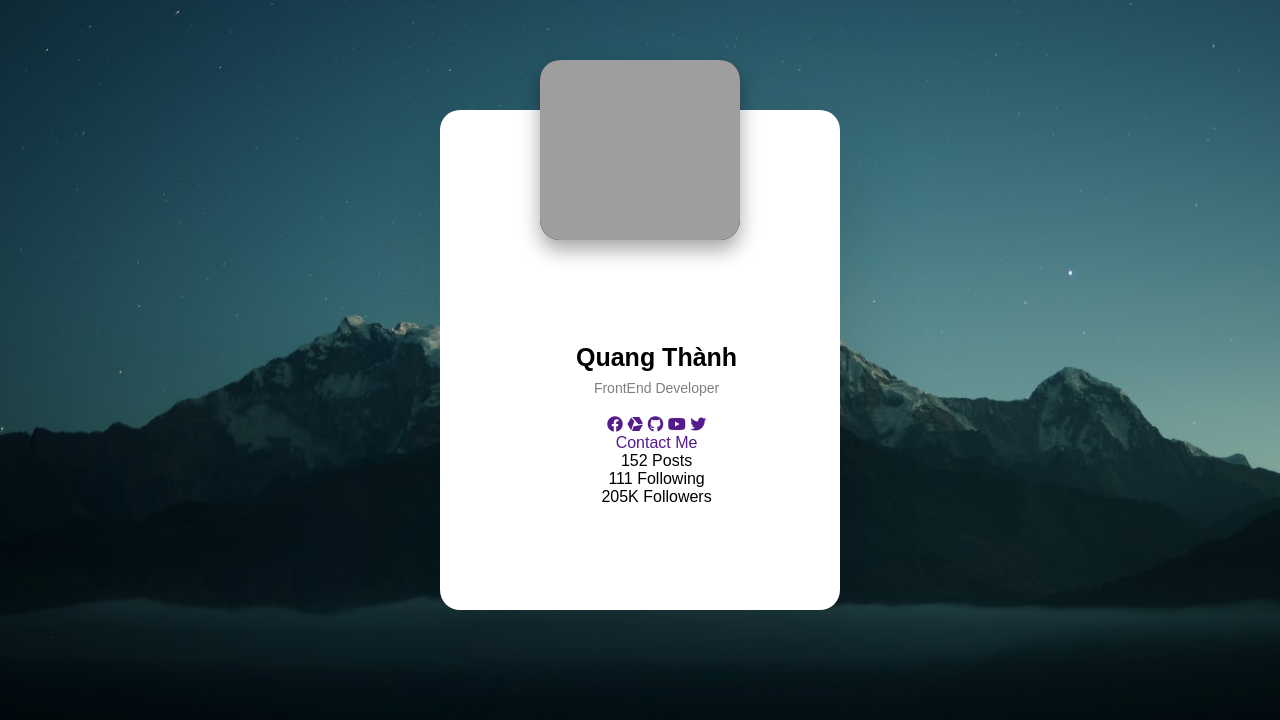
Repository: QuangThanh152/Profile-me
Page: index.html
An editor plug-in stored every save of this project. The page is shown before and after the next save, followed by the edit.
The browser window is 1280 px wide. The pictures show the whole page.
Pictures or frames that could not be fetched are drawn as grey boxes.

Above is the page before, as saved 2022-10-07 15:19:01.

### index.html
<!DOCTYPE html>
<html lang="en">
<head>
    <meta charset="UTF-8">
    <meta http-equiv="X-UA-Compatible" content="IE=edge">
    <meta name="viewport" content="width=device-width, initial-scale=1.0">
    <link rel="stylesheet" href="./accets/font/fontawesome-free-6.1.2-web/css/all.min.css">
    <link rel="stylesheet" href="./accets/main.css">
    <title>Profile-QT</title>
</head>
<body>
    <div class="card">
        <div class="card-header">
            <img src="./accets/img/IMG_20220202_135645.jpg" alt="" class="img-me">
        </div>
        <div class="content">
            <div class="name">Quang Thành</div>
            <div class="desc">FrontEnd Developer</div>
            <div class="SocialNetwork">
                <a href="" class="icon"><i class="fa-brands fa-facebook"></i></a>
                <a href="" class="icon"><i class="fa-brands fa-instalod"></i></i></a>
                <a href="" class="icon"><i class="fa-brands fa-github"></i></i></a>
                <a href="" class="icon"><i class="fa-brands fa-youtube"></i></i></a>
                <a href="" class="icon"><i class="fa-brands fa-twitter"></i></i></a>
            </div>
            <a href="" class="btn-contact">Contact Me</a>
            <div class="card-footer">
                <div class="number">
                    <div class="item">
                        <span>152</span>
                        Posts
                    </div>
                </div>
                <div class="number">
                    <div class="item">
                        <span>111</span>
                        Following
                    </div>
                </div>
                <div class="number">
                    <div class="item">
                        <span>205K</span>
                        Followers
                    </div>
                </div>
            </div>
        </div>
    </div>
</body>
</html>

### accets/main.css
* {
    padding: 0;
    margin: 0;
    box-sizing: border-box;
    font-family: 'Poppins', sans-serif;
    text-decoration: none;
}

body {
    min-height: 100vh;
    background: url(/accets/img/img-big.jpg) no-repeat center;
    background-size: cover;
    display: flex;
    justify-content: center;
    align-items: center;
}

.card {
    position: relative;
    width: 400px;
    /* height: 190px; */
    height: 500px;
    border-radius: 20px;
    background: #fff;
    transition: 0.2s;
    box-shadow: 0 35px 80px rgba(0,0,0,0.15);
}
.card:hover {
    height: 500px;
}
.card-header {
    position: absolute;
    background: rgb(21, 19, 19);
    left: 50%;
    top: -50px;
    transform: translateX(-50%);
    width: 200px;
    height: 180px;
    border-radius: 20px;
    box-shadow: 0 10px 20px rgba(0,0,0,0.35);
    overflow: hidden;
    transition: 0.3s;
}
.card:hover .card-header {
    width: 250px;
    height: 250px;
    transition: 0.2s;
}
.img-me {
    position: absolute;
    top: 0;
    left: 0;
    width: 100%;
    height: 100%;
    object-fit: cover;
}
.content {
    position: absolute;
    top: 45%;
    text-align: center;
    display: block;
    align-items: center;
    left: 32%;
}
.name {
    font-size: 25px;
    font-weight: 600;
    padding: 8px;
}
.desc {
    font-size: 14px;
    opacity: .5;
    padding: 0 0 20px 0;
    /* color: #e66767; */
}

Loaded but not shown: accets/font/fontawesome-free-6.1.2-web/css/all.min.css (library)

After the next save:
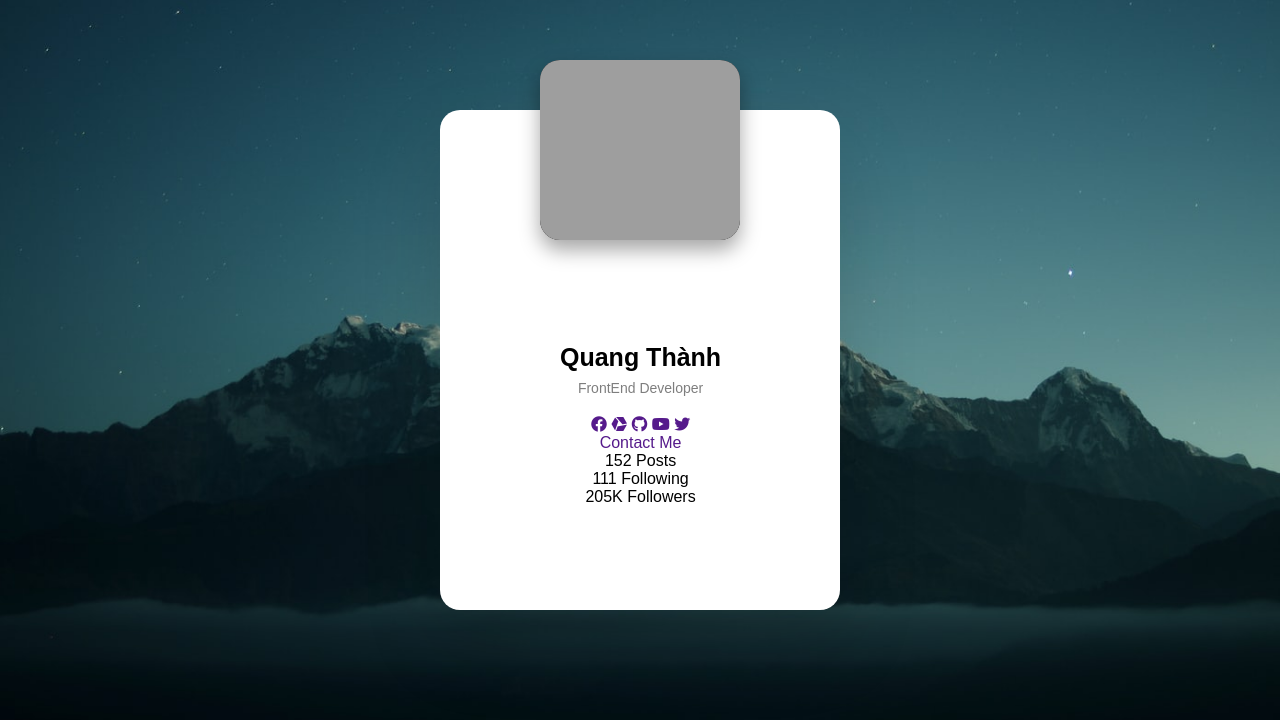
Saved 63 s later.
--- a/accets/main.css
+++ b/accets/main.css
@@ -58,9 +58,8 @@ body {
     position: absolute;
     top: 45%;
     text-align: center;
-    display: block;
     align-items: center;
-    left: 32%;
+    left: 28%;
 }
 .name {
     font-size: 25px;
